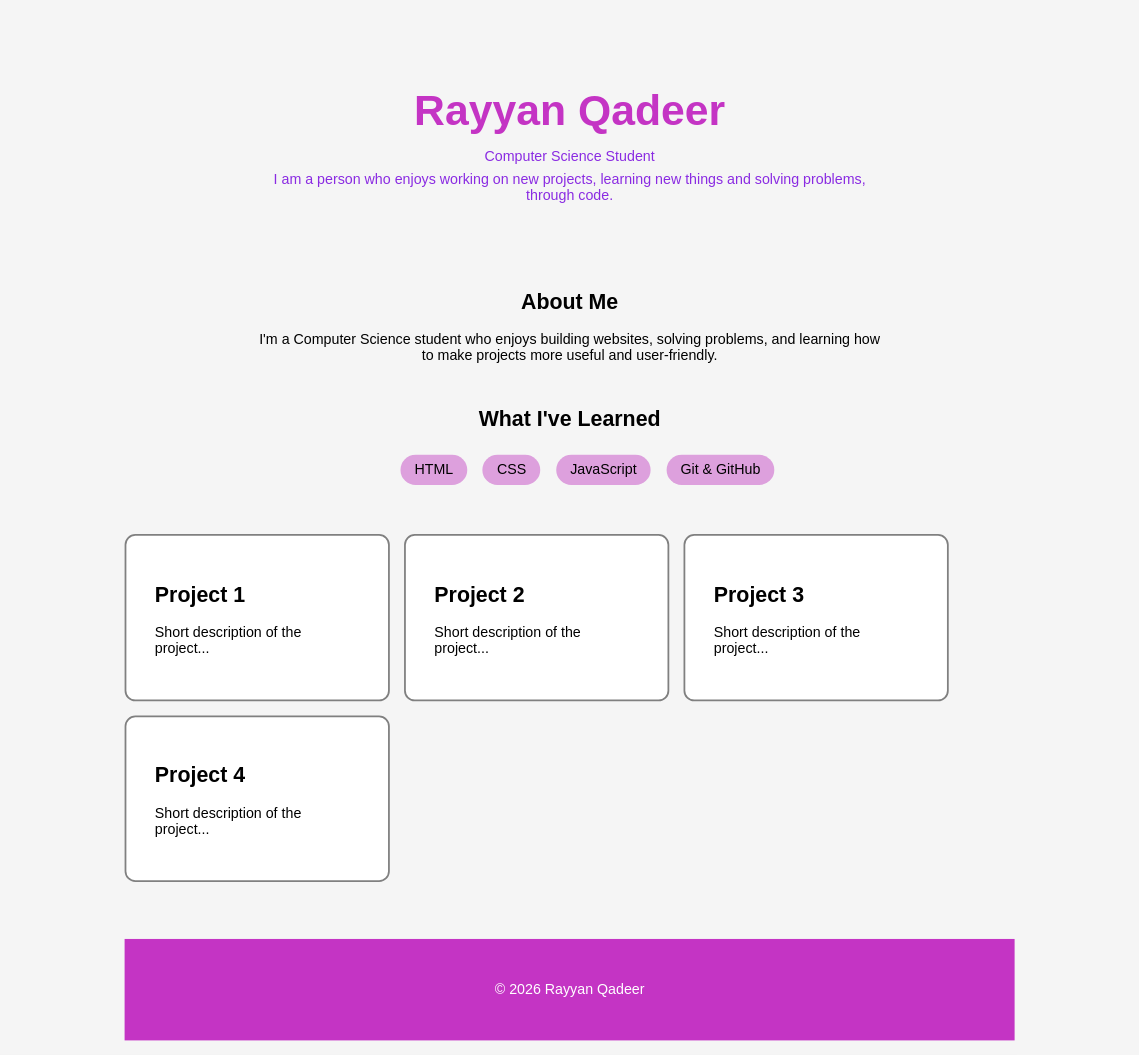
Repository: rayyan-qadeer/rayyan-qadeer
Page: index.html
An editor plug-in stored every save of this project. The page is shown before and after the next save, followed by the edit.
The browser window is 1280 px wide. The pictures show the whole page, at 89% of full size.

Above is the page before, as saved 2026-05-06 03:14:42.

### index.html
<!doctype html>
<html lang="en">
  <head>
    <meta charset="UTF-8" />
    <meta name="viewport" content="width=device-width, initial-scale=1.0" />
    <title>Rayyan Qadeer Portfolio</title>
    <link rel="stylesheet" href="./styles/globals.css" />
    <link rel="stylesheet" href="./styles/index.css" />
  </head>
  <body>
    <main>
      <header>
        <h1>Rayyan Qadeer</h1>
        <p class="subtitle">Computer Science Student</p>
        <p class="description">
          I am a person who enjoys working on new projects, learning new things and solving problems, through code.
        </p>
      </header>

      <section class ="about">
        <h2>About Me</h2>
        <p>I'm a Computer Science student who enjoys building websites, solving problems, and learning how to make projects more useful and user-friendly.
        </p>
      </section>

      <section class ="skills">
        <h2>What I've Learned</h2>
        <ul>
          <li>HTML</li>
          <li>CSS</li>
          <li>JavaScript</li>
          <li>Git & GitHub</li>
        </ul>
      </section>

      <section class="projects">
        <article class="card">
          <h2>Project 1</h2>
          <p>Short description of the project...</p>
        </article>

        <article class="card">
          <h2>Project 2</h2>
          <p>Short description of the project...</p>
        </article>

        <article class="card">
          <h2>Project 3</h2>
          <p>Short description of the project...</p>
        </article>

        <article class="card">
          <h2>Project 4</h2>
          <p>Short description of the project...</p>
        </article>
      </section>

      <footer>
        <p>© 2026 Rayyan Qadeer</p>
      </footer>
    </main>
  </body>
</html>

### styles/globals.css
body {
    margin: 0rem;
    font-family: Arial, Helvetica, sans-serif;
    background-color: whitesmoke;
    color: black;
}

### styles/index.css
main {
  padding: 1rem;
  max-width: 1000px;
  margin: 0 auto;
}

header {
  text-align: center;
  margin-bottom: 3rem;
  padding: 3rem 1rem;
}

header h1 {
  font-size: 3rem;
  margin-bottom: 0.5rem;
  color: rgb(196, 52, 196);
}

.subtitle {
  color: blueviolet;
  margin-bottom: 0.5rem;
}

.description {
  max-width: 43.75rem;
  margin: 0 auto;
  color: blueviolet;
}

.about,
.skills {
  text-align: center;
  max-width: 43.75rem;
  margin: 3rem auto;
}

.skills li {
  display: inline-block;
  margin: 0.4rem;
  padding: 0.5rem 1rem;
  background-color: plum;
  border-radius: 1.25rem;
}

.projects {
  display: flex;
  flex-direction: column;
  gap: 1rem;
}

.card {
  background-color: white;
  padding: 2rem;
  border-radius: 12px;
  border: 2px solid gray;
}

.card:hover {
  transform: translateY(-4px);
  background-color: plum;
}

footer {
  text-align: center;
  margin-top: 4rem;
  padding: 2rem;
  background-color: rgb(196, 52, 196);
  color: white;
}

@media (min-width: 768px) {
  .projects {
    flex-direction: row;
    flex-wrap: wrap;
  }

  .card {
    width: 48%;
  }
}

@media (min-width: 1024px) {
  .card {
    width: 23%;
  }
}

After the next save:
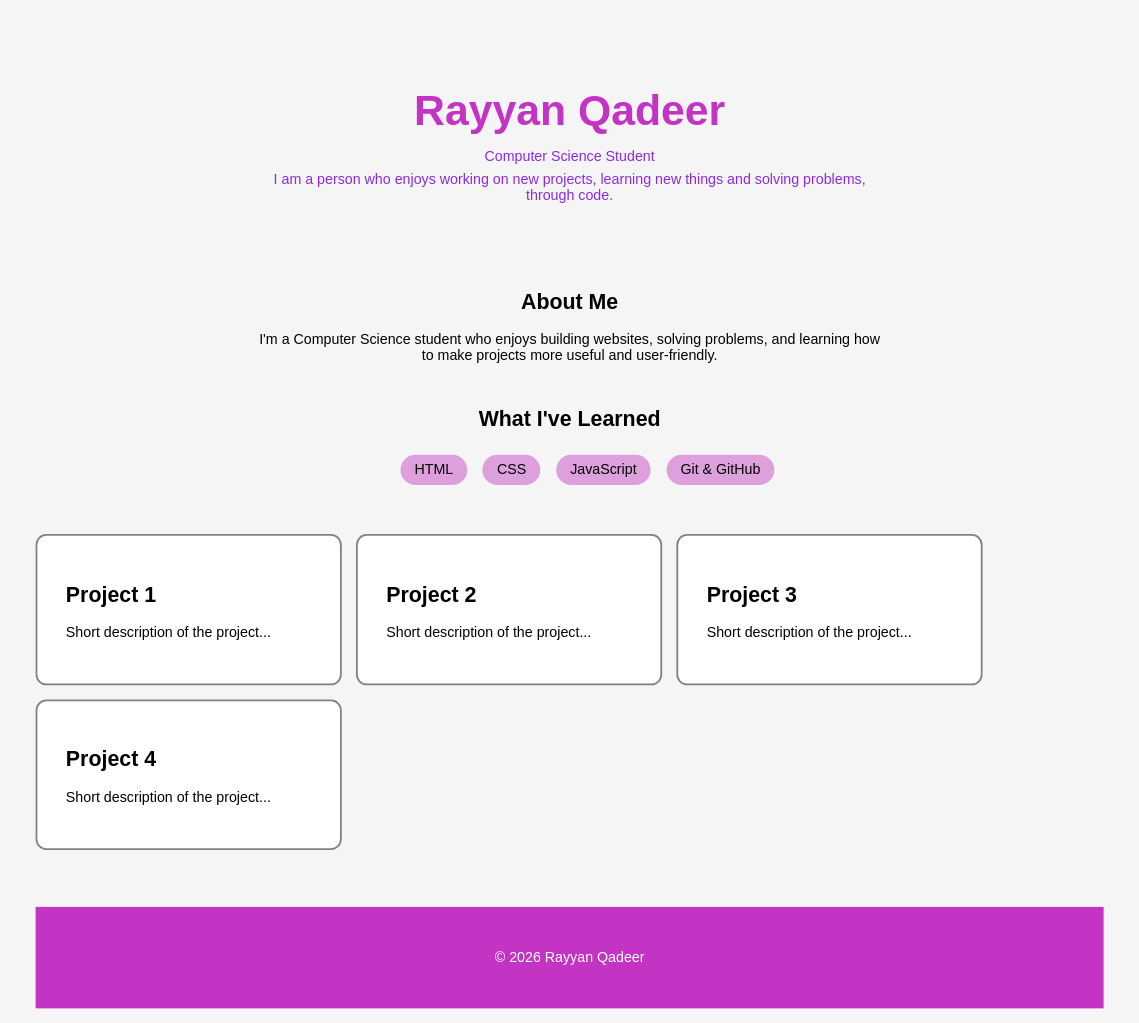
Saved 19 s later.
--- a/styles/index.css
+++ b/styles/index.css
@@ -1,6 +1,6 @@
 main {
   padding: 1rem;
-  max-width: 1000px;
+  max-width: 1200px;
   margin: 0 auto;
 }
 

After the save that followed:
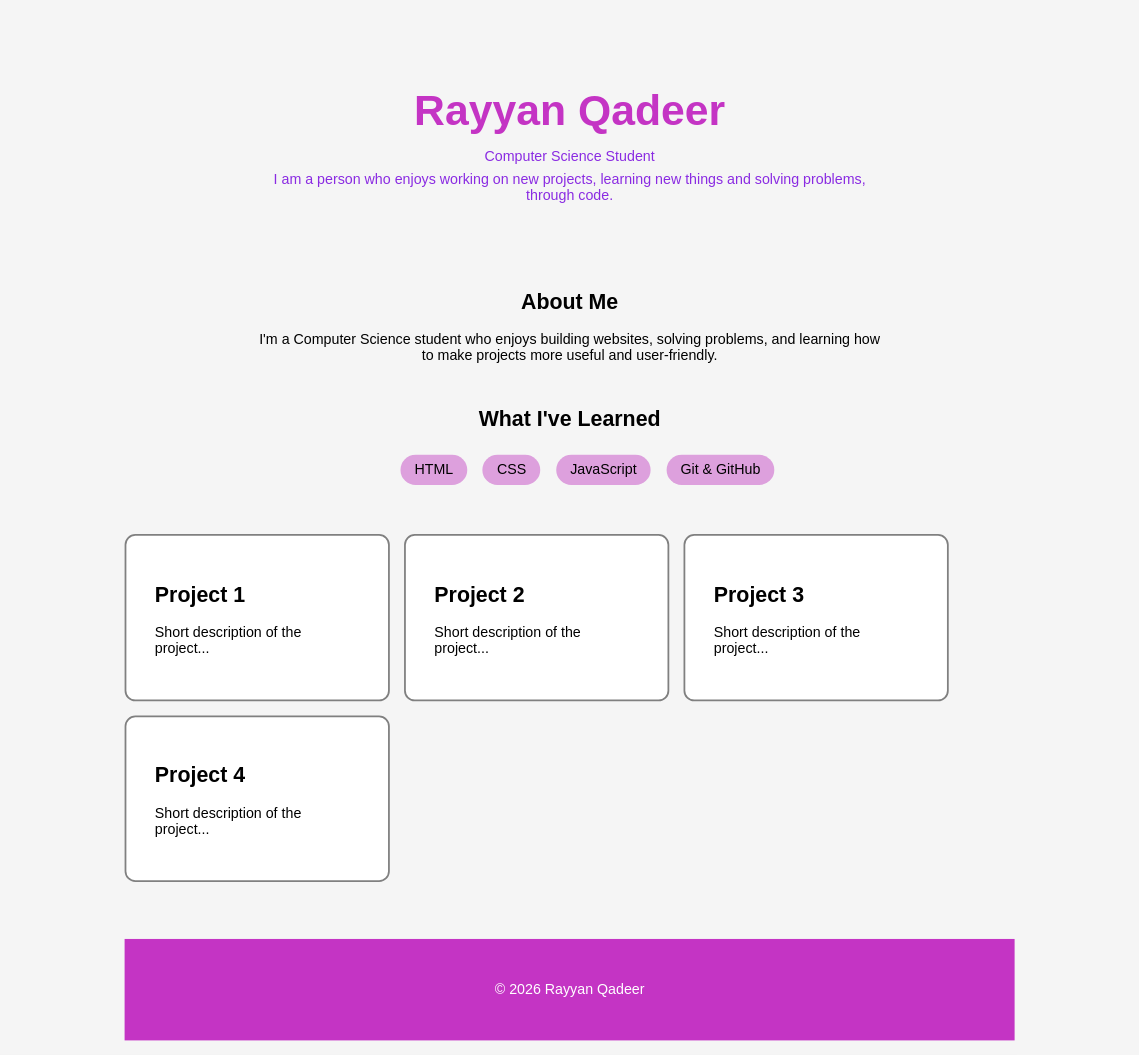
Saved 4 s later.
--- a/styles/index.css
+++ b/styles/index.css
@@ -1,6 +1,6 @@
 main {
   padding: 1rem;
-  max-width: 1200px;
+  max-width: 1000px;
   margin: 0 auto;
 }
 
